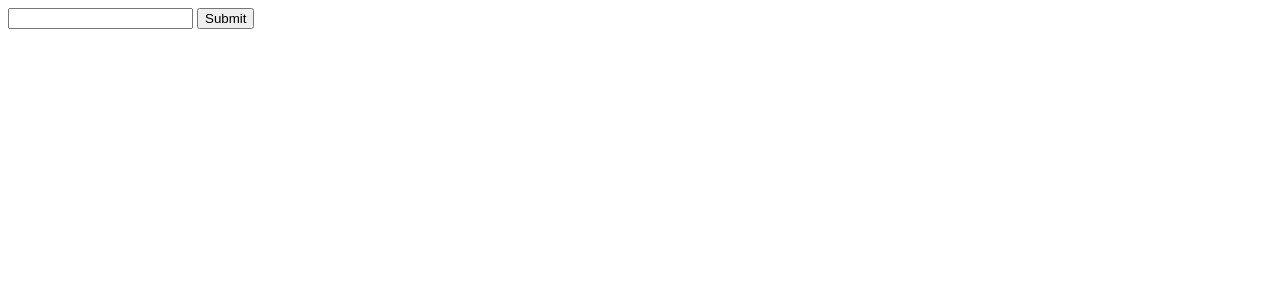
Repository: HoweZZH/spring-mvc-project
Page: http://localhost/spring-mvc-demo/showForm
The author's editor kept a copy of each file at every save. The page is drawn from the files as they stood at one save, then again after the next save.
The browser window is 1280 px wide. The pictures show the whole page.
The page is served by Tomcat 9. Other server files are loaded and not shown.

Above is the page before, as saved 2018-05-06 23:00:26.

### spring-mvc-demo/WebContent/WEB-INF/view/helloworld-form.jsp
<!DOCTYPE html>
<html>
<head>
	<title>Hello World - Input Form</title>
</head>
<body>
	<form action="processForm" method="GET">
		<input type="text" name="studentName" palceholder="what's your name?" />

		<input type="submit"/>
	</form>

</body>

</html>

After the next save:
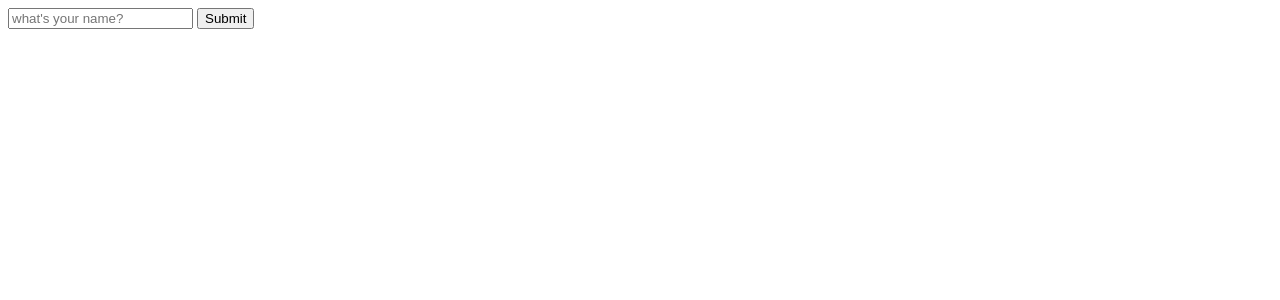
Saved 13 s later.
--- a/spring-mvc-demo/WebContent/WEB-INF/view/helloworld-form.jsp
+++ b/spring-mvc-demo/WebContent/WEB-INF/view/helloworld-form.jsp
@@ -5,7 +5,7 @@
 </head>
 <body>
 	<form action="processForm" method="GET">
-		<input type="text" name="studentName" palceholder="what's your name?" />
+		<input type="text" name="studentName" placeholder="what's your name?" />
 
 		<input type="submit"/>
 	</form>
